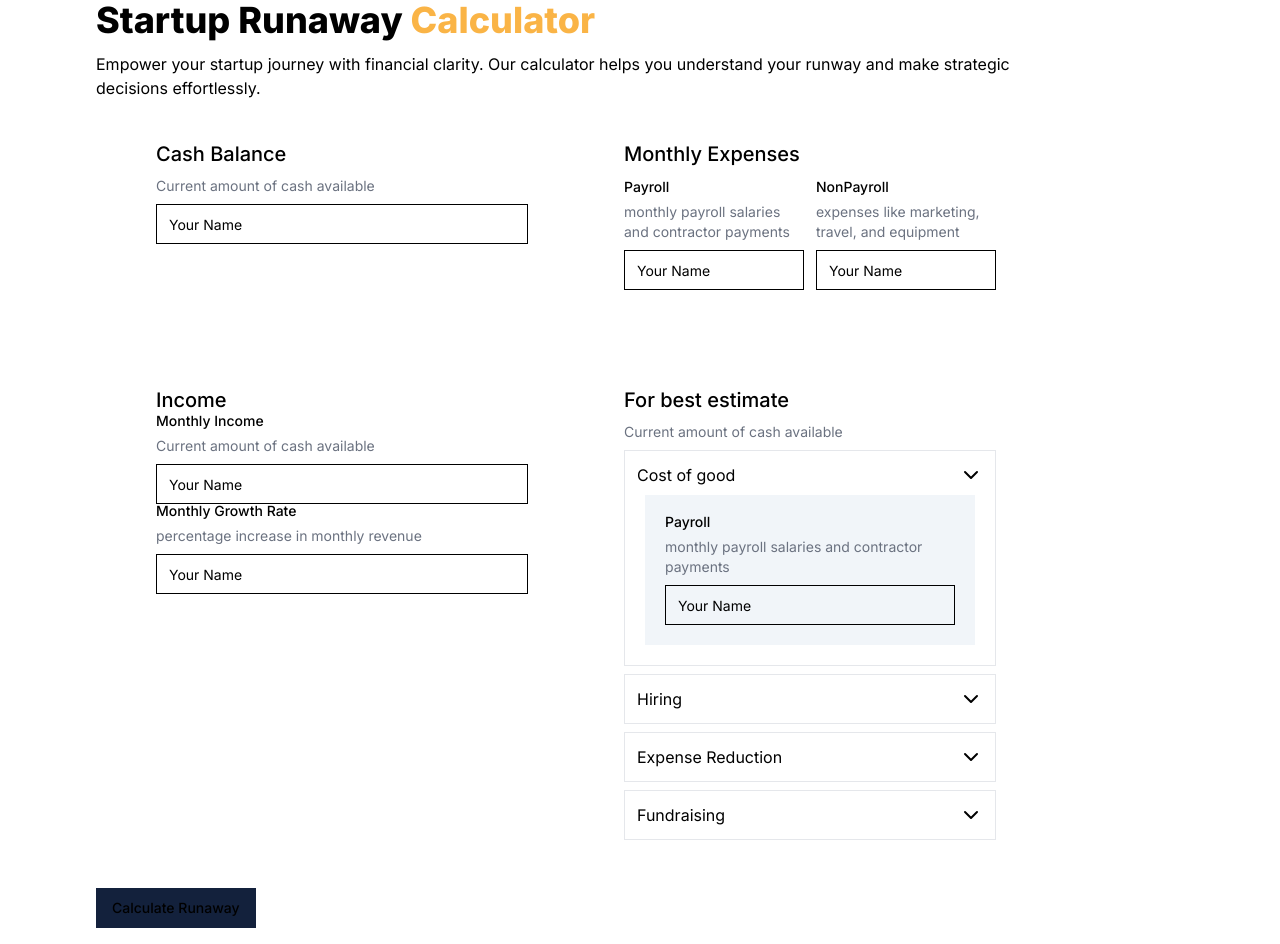
Repository: wossenF/startup-runaway-calculator
Page: /
An editor plug-in stored every save of this project. The page is shown before and after the next save, followed by the edit.
The browser window is 1280 px wide. The pictures show the whole page.
The project was rebuilt for these pictures with package versions that can differ from the ones it lists, and the page was loaded fresh each time. The framework's server and built-in components were replaced by stand-ins that run in the browser. Also part of the build but not shown: next.config.mjs.

Above is the page before, as saved 2024-04-08 14:09:02.

After the next save:
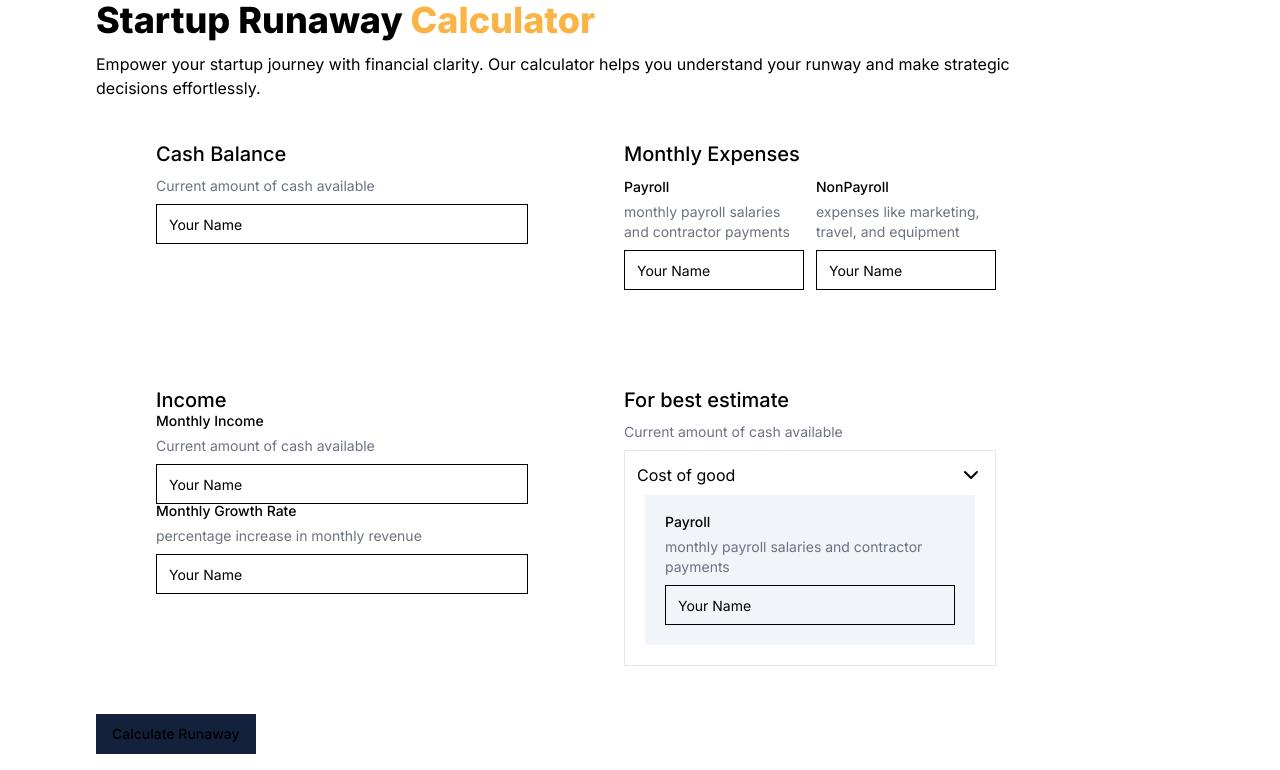
Saved 5 s later.
--- a/src/components/UserInput.tsx
+++ b/src/components/UserInput.tsx
@@ -84,18 +84,7 @@ const UserInput = () => {
             </form>
           </div>
           </div>
-          <div className="flex justify-between p-3 gap-20 border rounded-md  ">
-            <p>Hiring</p>
-            <ChevronDown />
-          </div>
-          <div className="flex justify-between p-3 gap-20 border rounded-md  ">
-            <p>Expense Reduction</p>
-            <ChevronDown />
-          </div>
-          <div className="flex justify-between p-3 gap-20 border rounded-md  ">
-            <p>Fundraising</p>
-            <ChevronDown />
-          </div>
+
         </form>
       </div>
     </div>
